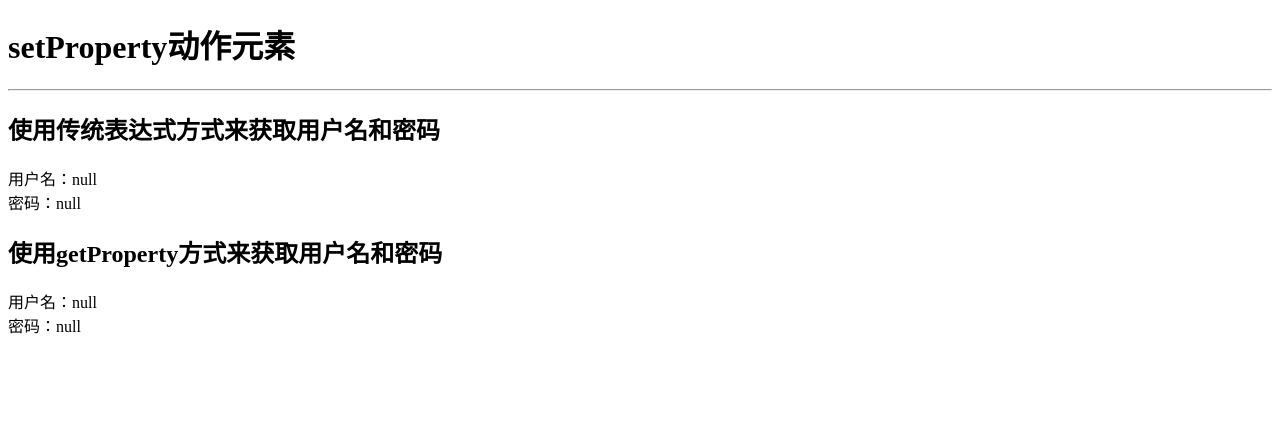
Repository: winxblast/myJavaLearn
Page: http://localhost/JavabeansDemo1/dologin.jsp
These files come from the project's save history. The page is drawn as it stood at one moment and after the next save; the edit follows.
The browser window is 1280 px wide. The pictures show the whole page.
The page is served by Tomcat 9.

Above is the page before, as saved 2017-05-30 08:12:06.

### JavaEE/JavabeansDemo1/WebContent/dologin.jsp
<%@ page language="java" contentType="text/html; charset=UTF-8"
    pageEncoding="UTF-8"%>
<!DOCTYPE html PUBLIC "-//W3C//DTD HTML 4.01 Transitional//EN" "http://www.w3.org/TR/html4/loose.dtd">
<html>
<head>
<meta http-equiv="Content-Type" content="text/html; charset=UTF-8">
<title>Insert title here</title>
</head>
<body>
	<jsp:useBean id="myUsers" class="com.po.Users" scope="page"></jsp:useBean>
	<h1>setProperty动作元素</h1>
	<hr>
	<!-- 根据表单自动匹配所有的属性 -->
	<%--
	<jsp:setProperty name="myUsers" property="*"/>
	--%>

	<!-- 根据表单匹配部分属性 -->
	<%--
	<jsp:setProperty name="myUsers" property="username"/>
	--%>

	<!--跟表单无关，通过手工复制给属性 -->
	<%--
	<jsp:setProperty name="myUsers" property="username" value="lisi"/>
	<jsp:setProperty name="myUsers" property="password" value="888888"/>
	--%>

	<!--通过URL属性传参数给属性赋值 -->
	<jsp:setProperty name="myUsers" property="username"/>
	<jsp:setProperty name="myUsers" property="password" param="mypass"/>

	<!-- 使用传统表达式方式来获取用户名和密码 -->
	<h2>使用传统表达式方式来获取用户名和密码</h2>
	用户名：<%=myUsers.getUsername() %><br>
	密码：<%=myUsers.getPassword() %><br>

	<!-- 使用getProperty方式来获取用户名和密码 -->
	<h2>使用getProperty方式来获取用户名和密码</h2>
	用户名：<jsp:getProperty property="username" name="myUsers"/><br>
	密码：<jsp:getProperty property="password" name="myUsers"/><br>
</body>
</html>

### JavaEE/JavabeansDemo1/src/com/po/Users.java
package com.po;

/*
 * 用户类
 */
public class Users {

	private String username;//用户名
	private String password;//密码

	//保留此默认的构造方法
	public Users() {

	}

	public String getUsername() {
		return username;
	}

	public void setUsername(String username) {
		this.username = username;
	}

	public String getPassword() {
		return password;
	}

	public void setPassword(String password) {
		this.password = password;
	}


}

After the next save:
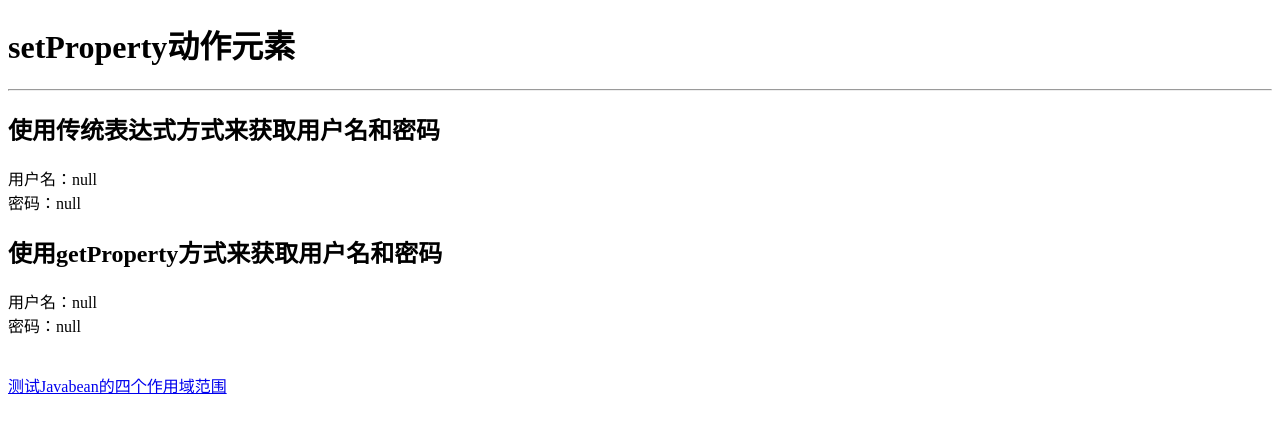
Saved 6 min 3 s later.
--- a/JavaEE/JavabeansDemo1/WebContent/dologin.jsp
+++ b/JavaEE/JavabeansDemo1/WebContent/dologin.jsp
@@ -39,5 +39,9 @@
 	<h2>使用getProperty方式来获取用户名和密码</h2>
 	用户名：<jsp:getProperty property="username" name="myUsers"/><br>
 	密码：<jsp:getProperty property="password" name="myUsers"/><br>
+
+	<br>
+	<br>
+	<a href="scopeTest.jsp">测试Javabean的四个作用域范围</a>
 </body>
 </html>
